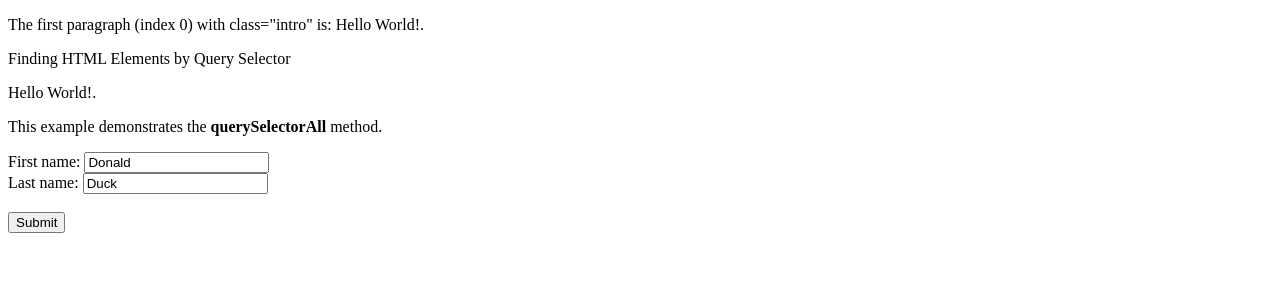
Repository: nghiakma/Javascript-begin
Page: dom/dom.html
These files come from the project's save history. The page is drawn as it stood at one moment and after the next save; the edit follows.
The browser window is 1280 px wide. The pictures show the whole page.

Above is the page before, as saved 2023-05-22 16:21:59.

After the next save:
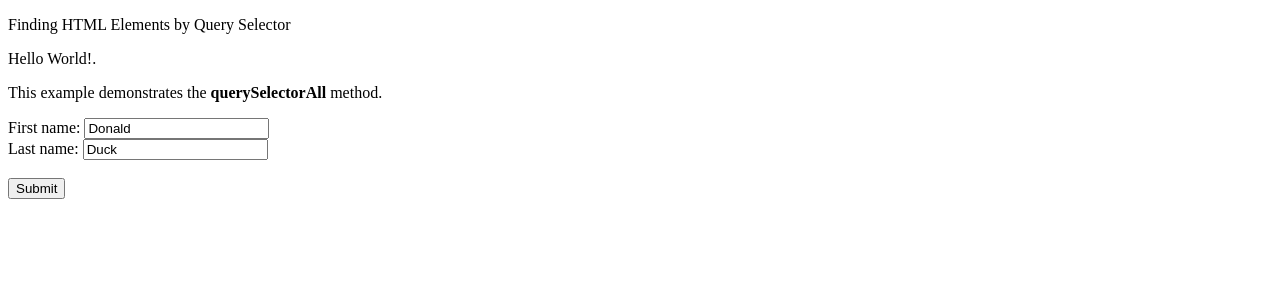
Console error: SyntaxError: Identifier 'x' has already been declared
Saved 44 s later.
--- a/dom/dom.html
+++ b/dom/dom.html
@@ -32,6 +32,11 @@
             'The first paragraph (index 0) with class="intro" is: ' + x[0].innerHTML;
 
         /*Tim phan tu form*/
+        const x = document.forms["frm1"];
+        let text = "";
+        for (let i = 0; i < x.length; i++) {
+
+        }
     </script>
 </body>
 

After the 2 saves that followed:
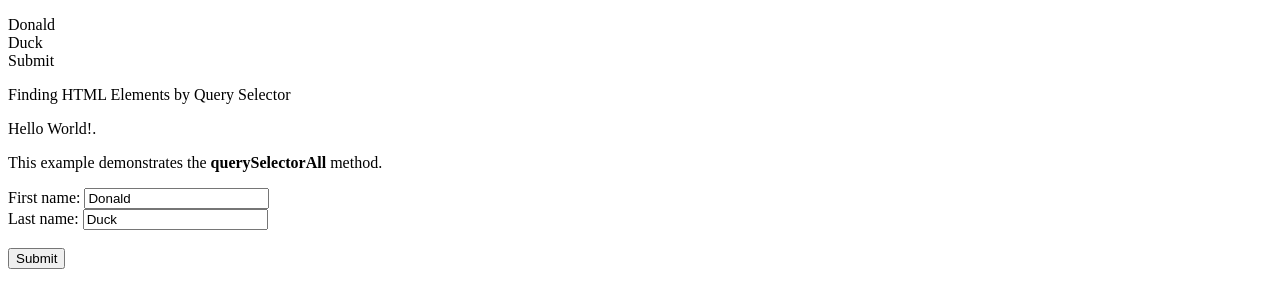
The error is gone.
The 2 saves are shown as one change because 1 left the picture as it was.
The last was saved 69 s later.
--- a/dom/dom.html
+++ b/dom/dom.html
@@ -27,16 +27,17 @@
         // document.getElementById("demo").innerHTML = 'The text in first paragraph' + element[0].innerHTML;
 
         /*Tim phan tu html css selector tim tat ca cac phan tu*/
-        const x = document.querySelectorAll("p.intro");
-        document.getElementById("demo").innerHTML =
-            'The first paragraph (index 0) with class="intro" is: ' + x[0].innerHTML;
+        // const x = document.querySelectorAll("p.intro");
+        // document.getElementById("demo").innerHTML =
+        //     'The first paragraph (index 0) with class="intro" is: ' + x[0].innerHTML;
 
         /*Tim phan tu form*/
         const x = document.forms["frm1"];
         let text = "";
         for (let i = 0; i < x.length; i++) {
-
+            text += x.elements[i].value + "<br>";
         }
+        document.getElementById("demo").innerHTML = text;
     </script>
 </body>
 
